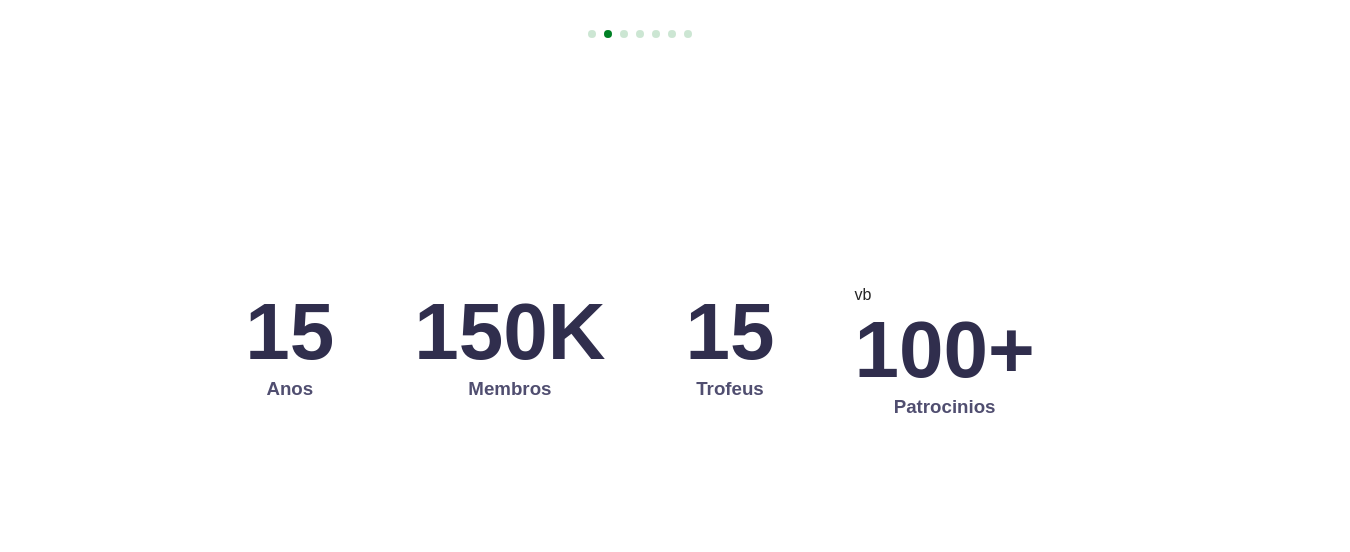
Repository: Lorsuz/gresasco
Page: index.html
The author's editor kept a copy of each file at every save. The page is drawn from the files as they stood at one save, then again after the next save.
The browser window is 1280 px wide. The page is 1350 px wide, so the pictures cover 1350 px, including what lies to the right of the window. The pictures show the part of the page from y = 2494 to 3046 px (the page is 4177 px tall before and 4439 px after).
Pictures or frames that could not be fetched are drawn as grey boxes. Some web fonts or font styles are not loaded; a fallback is used. The style sheet was rebuilt from its Sass, Less or Tailwind sources for each picture, by a compiler version that may differ from the author's.

Above is the page before, as saved 2023-11-05 17:46:59.

### index.html
<!DOCTYPE html>
<html lang="en">
	<head>
		<meta charset="UTF-8">
		<meta name="viewport" content="width=device-width, initial-scale=1.0">
		<link rel="shortcut icon" href="/components/assets/images/logo - gresasc.jpg" type="image/x-icon">
		<title>Home</title>
		<link rel="stylesheet" href="/components/css/partials/header.css">
		<link rel="stylesheet" href="/components/css/index.css">
		<link rel="stylesheet" href="/components/css/partials/footer.css">
		<link rel="stylesheet" href="https://cdnjs.cloudflare.com/ajax/libs/font-awesome/6.4.2/css/all.min.css" integrity="sha512-z3gLpd7yknf1YoNbCzqRKc4qyor8gaKU1qmn+CShxbuBusANI9QpRohGBreCFkKxLhei6S9CQXFEbbKuqLg0DA==" crossorigin="anonymous" referrerpolicy="no-referrer" />
		<link rel="stylesheet" href="https://cdn.jsdelivr.net/npm/swiper@11/swiper-bundle.min.css" />
		<link rel="stylesheet" href="https://cdn.jsdelivr.net/npm/bootstrap-icons@1.11.1/font/bootstrap-icons.css">
	</head>
	<body>
		<header class="wrapper">
			<article class="nav-bar wrapper__container">
				<section class="logo">
					<img src="/components/assets/images/logo - gresasc.jpg" alt="">
				</section>
				<nav>
					<ul>
						<li><a href="#">Página Inicial</a></li>
						<li><a href="#">A Escola</a></li>
						<li><a href="#">Nossa Historia</a></li>
						<li><a href="#">Socio Torcedor</a></li>
						<li><a href="#">Créditos</a></li>
					</ul>
				</nav>
			</article>
		</header>
		<main class="">
			<section class="cover wrapper">
				<div class="wrapper__container">
					<div class="left">
						<div class="container">
							<h2>Grêmio Recreativo Escola de Samba</h2>
							<h1>Acadêmicos de Santa Cruz</h1>
							<p>Bem-vindos! Aqui o samba é vida, a cultura é paixão e a alegria é eterna. No coração de Santa Cruz,
								encontre a felicidade em cada batida de tambor. Feliz da vida é quem tem a Santa Cruz no coração.</p>
							<a href="/components/pages/not-found.html">Ir para Loja</a>
						</div>
					</div>
					<div class="right">
						<div class="img">
							<img src="/components/assets/images/logo - gresasc.jpg" alt="">
						</div>
						<ul class="social-links">
							<li>
								<a href="">
									<i class="fa-brands fa-instagram"></i>
								</a>
							</li>
							<li>
								<a href="">
									<i class="fa-brands fa-facebook"></i>
								</a>
							</li>
							<li>
								<a href="">
									<i class="fa-brands fa-youtube"></i>
								</a>
							</li>
							<li>
								<a href="">
									<i class="fa-brands fa-x-twitter"></i>
								</a>
							</li>
						</ul>
					</div>
				</div>
			</section>
			<article class="nav-info">
				<section class="contact">
					<div>
						<i class="fa-solid fa-phone"></i>
						<span>+55 (43) 9 3421-7348</span>
					</div>
					<div>
						<i class="fa-solid fa-envelope"></i>
						<span>gresasc@academicos.com</span>
					</div>
				</section>
				<p>Siga-nos e consiga a chance de ganhar 80% de desconto</p>
				<section class="social-network">
					<span>Redes Sociais:</span>
					<div>
						<a href=""><i class="fa-brands fa-twitter"></i></a>
						<a href=""><i class="fa-brands fa-instagram"></i></a>
						<a href=""><i class="fa-brands fa-youtube"></i></a>
						<a href=""><i class="fa-brands fa-facebook"></i></a>
					</div>
				</section>
			</article>
			<section class="banner">
				<div class="slides">
				</div>
				<div class="prev"></div>
				<div class="next"></div>
				<div class="pagination"></div>
				<div class="img"><img src="https://placehold.co/1350x700" alt=""></div>
			</section>
			<section class="plot wrapper">
				<div class="description">
					<h2>Enredo 2024</h2>
					<h1>As bruxas estão soltas!</h1>
					<p>O enredo "As Bruxas Estão Soltas!" celebra o poder feminino, explorando a manifestação das energias
						ancestrais através da Deusa Terra e dos quatro elementos da criação.
					</p>
					<p> A narrativa aborda a conexão entre passado e presente, destacando as mulheres que, ao longo da
						história,
						detinham conhecimentos medicinais e
						espirituais, mas foram perseguidas sob a acusação de bruxaria.
					</p>
					<p>O enredo também aborda a resistência dessas
						mulheres e sua contínua luta contra o machismo e a intolerância, honrando a força do sagrado feminino e
						a
						capacidade de voar além dos limites impostos, como estrelas brilhantes no céu.</p>
					<span>Iae, gostou? Para ter acesso a nossa sinopse completa basta baixar o PDF a baixo:</span>
					<button class="custom-button">Baixar Sinopse</button>
				</div>
				<div class="disc-cover">
					<img src="/components/assets/images/Plot/plot-2024.jpeg" alt="Logo Enredo-2024">
					<div class="icons">
						<button id="play-song">
							<i class="bi bi-play"></i>
						</button>
						<button id="pause-song">
							<i class="bi bi-pause"></i>
						</button>
					</div>
				</div>
			</section>
			<section class="sponsors">
				<h1>Patrocinadores e Apoiadores</h1>
				<div class="swiper">
					<div class="swiper-wrapper"></div>
					<div class="swiper-pagination"></div>
				</div>
			</section>
			<section class="details">
				<ul>
					<li>
						<h2>15</h2>
						<h3>Anos</h3>
					</li>
					<li>
						<h2>150K</h2>
						<h3>Membros</h3>
					</li>
					<li>
						<h2>15</h2>
						<h3>Trofeus</h3>
					</li>
					<li>vb
						<h2>100+</h2>
						<h3>Patrocinios</h3>
					</li>
				</ul>
			</section>
			<section class="map">
				<iframe src="https://www.google.com/maps/embed?pb=!1m18!1m12!1m3!1d3674.902216920123!2d-43.69324992558163!3d-22.916977238233624!2m3!1f0!2f0!3f0!3m2!1i1024!2i768!4f13.1!3m3!1m2!1s0x9bf7524c69eb5b%3A0xc5d324fb7fbbd336!2sR.%20do%20Imp%C3%A9rio%2C%20573%20-%20Santa%20Cruz%2C%20Rio%20de%20Janeiro%20-%20RJ%2C%2023555-024!5e0!3m2!1spt-BR!2sbr!4v1698871972883!5m2!1spt-BR!2sbr" width="600" height="450" style="border:0;" allowfullscreen="" loading="lazy" referrerpolicy="no-referrer-when-downgrade"></iframe>
			</section>
		</main>
		<footer>
			<h1>Grêmio Recreativo Escola de Samba Acadêmicos de Santa Cruz</h1>
			<p>Obrigado por nos visitar, esperamos ter lhe proporcionado uma experiencia incrivel</p>
			<section class="container wrapper">
				<article class="structure">
					<h2>O Site</h2>
					<ul>
						<li><a href="#">Página Inicial</a>
							<ul>
								<li><a href="">Capa</a></li>
								<li><a href="">Notícias</a></li>
								<li><a href="">Enredo</a></li>
								<li><a href="">Status</a></li>
								<li><a href="">Apoiadores</a></li>
								<li><a href="">Localização</a></li>
								<li><a href="">Contato</a></li>
							</ul>
						</li>
						<li><a href="#">A Escola</a>
							<ul>
								<li><a href="">Diretoria</a></li>
								<li><a href="">O Parvilhão</a></li>
								<li><a href="">A Torcida</a></li>
								<li><a href="">Desfile Conosco</a></li>
							</ul>
						</li>
						<li><a href="#">Nossa Historia</a>
							<ul>
								<li><a href="">A Fundação</a></li>
								<li><a href="">Colocações</a></li>
								<li><a href="">Presidentes</a></li>
								<li><a href="">Premiações</a></li>
							</ul>

						</li>
						<li><a href="#">Créditos</a>
							<ul>
								<li><a href="">Fotografias</a></li>
								<li><a href="">Dados de Desfiles</a></li>
								<li><a href="">Dev Team</a></li>
								<li><a href="">Termos de Uso</a></li>
								<li><a href="">Política de Privacidade</a></li>
							</ul>
						</li>
				</article>
				<article class="dev">
					<h2>Desenvolvido e realizado por:</h2>
					<div class="img"><img src="/components/assets/images/Logo/webpulse sem bg.png" alt="Logo do Desenvolvedor"></div>
					<h2>Cordenação:</h2>
					<img src="https://placehold.co/250x150" alt="Logo da Cordenação">
				</article>
				<article class="address">
					<img src="/components/assets/images/Logo/santa-cruz-logo-removebg-preview.png" alt="Logo da escola">
					<h2>QUADRA ACADÊMICOS</h2>
					<address>Rua do Império, nº 573; Santa Cruz, Rio de Janeiro - RJ; CEP 44.353-353</address>
				</article>
			</section>
		</footer>
		<script type="module" src="/components/js/index.js" deffer></script>
		<script src="https://cdn.jsdelivr.net/npm/swiper@11/swiper-bundle.min.js" deffer></script>
	</body>
</html>

### components/js/index.js
import './APIs/Sponsors.js';

### components/js/APIs/Sponsors.js
import sponsors from '../functions/Swiper.js';

const container = document.querySelector( '.sponsors .swiper-wrapper' );

fetch( "components/json/data.json" ).then( ( response ) => {
	response.json().then( ( data ) => {
		data.sponsors.map( ( obj ) => {
			container.innerHTML +=
				`
				<div class="swiper-slide">
				<img
					src="${ obj.image }"
					alt="${ obj.alt }">
				</div>
				`;
		} );
		sponsors();
	} );
} );

### components/js/functions/Swiper.js
import SwiperConfigSponsors from "../classes/SwiperConfigSponsors.js";

function sponsors() {
	return new Swiper('.sponsors .swiper', SwiperConfigSponsors);
}

export default sponsors

### components/js/classes/SwiperConfigSponsors.js
const SwiperConfigSponsors = {
	direction: 'horizontal',
	loop: true,
	slidesPerView: 1,
	grabCursor: true,
	autoplay: {
		delay: 2500,
		disableOnInteraction: false,
	},
	pagination: {
		el: '.swiper-pagination',
		clickable: true,
	},
	navigation: {
		nextEl: '.swiper-button-next',
		prevEl: '.swiper-button-prev',
	},
	scrollbar: {
		el: '.swiper-scrollbar',
	},
	mousewheel: {
		forceToAxis: true,
	},
	breakpoints: {
		740: {
			slidesPerView: 2,
		},
		1024: {
			slidesPerView: 3,
		},
	},
};

export default SwiperConfigSponsors;

### components/json/data.json
{
	"sponsors": [
		{
			"image": "https://upload.wikimedia.org/wikipedia/commons/thumb/c/ce/Coca-Cola_logo.svg/2560px-Coca-Cola_logo.svg.png",
			"alt": ""
		},
		{
			"image": "https://upload.wikimedia.org/wikipedia/commons/thumb/e/e9/Pepsi_logo_2008.svg/2560px-Pepsi_logo_2008.svg.png",
			"alt": ""
		},
		{
			"image": "https://1000logos.net/wp-content/uploads/2017/03/McDonalds-Logo-1953.png",
			"alt": ""
		},
		{
			"image": "https://responseservices.net/public/uploads/employer/JOBPORTAL-1639545744.png",
			"alt": ""
		},
		{
			"image": "https://seeklogo.com/images/C/Corinthians_Bras_and__227_o-logo-E92E44B595-seeklogo.com.png",
			"alt": ""
		},
		{
			"image": "https://upload.wikimedia.org/wikipedia/commons/thumb/6/6f/Brasao_do_Sao_Paulo_Futebol_Clube.svg/2054px-Brasao_do_Sao_Paulo_Futebol_Clube.svg.png",
			"alt": ""
		},
		{
			"image": "/components/assets/images/Sponsors/La-Dame-Femme.png",
			"alt": ""
		}
	]
}

### components/sass/partials/header.scss
@import url("./global.css");

header {
	* {
		color: rgb(218, 218, 218);
	}

	.nav-bar {
		display: flex;
		justify-content: space-between;
		align-items: center;

		section {
			height: 70px;

			&.logo {
				display: flex;
				align-items: center;
				justify-content: center;

				img {
					width: 60px;
					margin-right: 15px;
				}

				span {
					font-size: 2rem;
					color: var(--color-text-soft);
					font-weight: bold;
				}
			}

		}

		nav {
			display: flex;

			ul {
				display: flex;

				li {
					margin: 0 20px;

					a {
						color: var(--color-text-soft);
						font-weight: bold;
						position: relative;

						&::after {
							content: "";
							width: 0%;
							position: absolute;
							height: 3px;
							background: var(--color-primary-soft);
							top: 100%;
							left: 0;
							transition: 300ms ease-in-out;
							transform-origin: right;
						}

						&:hover::after {
							width: 100%;
						}
					}
				}
			}

		}
	}
}

### components/sass/index.scss
@import url("./partials/global.css");

main {

	.cover {
		height: 85vh;

		> div {
			align-items: center;
			display: flex;
			justify-content: space-between;

			> div {

				&.left {
					width: 50%;

					.container {
						h2 {
							color: var(--color-primary-soft);
							font-family: wedding;
							font-size: 2.5rem;
						}

						h1 {
							color: var(--color-primary-soft);
							font-family: wedding;
							font-size: 3.9rem;
							margin-bottom: 20px;
						}

						p {
							color: var(--color-text-soft);
							font-size: 1.1rem;
							margin-bottom: 50px;
						}

						a {
							background: var(--color-primary-soft);
							border-radius: 10px 0;
							color: var(--color-white);
							display: inline-block;
							font-weight: bold;
							padding: 10px 50px;

							&:hover {
								background: var(--color-primary);
								border-radius: 0px 10px;
							}
						}
					}
				}

				&.right {
					width: 40%;

					.img {
						align-items: center;
						display: flex;
						justify-content: center;
						margin-bottom: 0px;

						img {
							width: 450px;
						}
					}

					.social-links {
						display: flex;
						justify-content: center;

						li {
							margin: 0 10px;
							position: relative;
							top: 0;

							a {
								i {
									font-size: 2.4rem;
									color: var(--color-text-soft);

								}
							}

							&:hover {
								top: -5px;

								a {
									i {
										color: var(--color-primary-soft);

									}


								}
							}

						}
					}
				}
			}
		}
	}

	.nav-info {
		background: var(--color-primary);
		display: flex;
		justify-content: space-between;
		align-items: center;
		height: 40px;
		padding: 0 2%;
		grid-column: 1 / 13;

		* {

			color: #fff;
		}


		> p {
			cursor: pointer;
			font-size: 0.8rem;


			&:hover {
				color: white;
			}
		}

		section {
			display: flex;

			&.contact {
				div {
					display: flex;
					align-items: center;
					margin-right: 30px;
					cursor: pointer;

					i {
						margin-right: 5px;
					}

					span {
						font-size: 0.8rem;
					}

					&:hover {

						i,
						span {
							color: white;

						}
					}
				}
			}

			&.social-network {
				display: flex;
				align-items: center;
				justify-content: center;

				span {
					margin-right: 15px;
					font-size: 0.8rem;

				}

				a {
					margin: 0 3px;

					i {
						font-size: 1.2rem;
					}

					&:hover {
						i {
							color: white;
							cursor: pointer;

						}
					}
				}
			}
		}
	}

	.plot {
		align-items: center;
		min-height: 100vh ;


		.description {
			grid-column: 2/7;

			h2 {
				font-size: 2rem;
				color: var(--color-primary);
			}

			h1 {
				margin-bottom: 20px;
				font-size: 2.5rem;
				color: var(--color-text);
			}

			p {
				color: var(--color-text-soft);
				text-align: justify;
				margin-bottom: 10px;
			}

			span {
				margin-top: 30px;
				margin-bottom: 20px;
				display: block;
				color: var(--color-text);
			}

			button {
				display: block;
			}
		}

		.disc-cover {
			grid-column: 8/13;
			display: flex;
			justify-content: center;
			align-items: center;
			position: relative;
			width: 500px;
			box-shadow: -10px -10px 10px 0 #fff, 10px 10px 10px 0 rgba(0, 0, 0, 0.600);
			height: 400px;
			overflow: hidden;
			border-radius: 6px;


			img {
				display: flex;
				justify-content: center;
				align-items: center;
				width: 100%;
				height: 100%;
				object-fit: cover;
			}

			.icons {
				align-items: center;
				background: rgba(0, 0, 0, 0.6);
				border-radius: 6px;
				display: flex;
				height: 100%;
				justify-content: center;
				left: 0;
				opacity: 0;
				position: absolute;
				top: 0;
				transition: 300ms;
				width: 100%;


				button {
					align-items: center;
					border-radius: 50%;
					border: 3px solid transparent;
					cursor: pointer;
					display: flex;
					height: 80px;
					justify-content: center;
					transition: 300ms;
					width: 80px;
					background: #000;


					i {
						color: white;
						font-size: 4rem;
					}

					&#play-song {
						padding-left: 8px;
					}

					&#pause-song {
						display: none;
					}

					&:hover {
						border: 3px solid white;
					}
				}
			}


			&:hover .icons {
				opacity: 1;
			}


		}

	}

	.sponsors {
		padding: 50px 0;
		height: 500px;

		h1 {
			font-size: 2rem;
			text-align: center;
			text-transform: uppercase;
			font-family: Poppins, sans-serif;
			color: var(--color-text);

		}

		.swiper {
			.swiper-wrapper {
				height: 300px;

				.swiper-slide {
					display: flex;
					align-items: center;
					justify-content: center;
					overflow: hidden;
					border-radius: 5px;

					img {
						width: 350px;
						height: 200px;
						object-fit: scale-down;
					}
				}
			}

			.swiper-button-prev {}

			.swiper-button-next {}

			.swiper-pagination {
				.swiper-pagination-bullet {
					background: var(--color-primary);
				}
			}

			.scrollbar {}

		}
	}
	.details{
		display: flex;
		justify-content: center;
		align-items: center;
		min-height: 400px;
		ul{
			display: flex;
			li{
				padding: 40px;
				h2{
					font-size: 5rem;
					color: var(--color-text);
					text-align: center;
				}
				h3{
					color: var(--color-text-soft);
					text-align: center;

				}
			}
		}
	}
	.map{
		iframe{
			width: 100%;
			height: 500px;
		}
	}
}

### components/sass/partials/footer.scss
@import url('./global.css');

footer {
	background: #000;
	padding: 70px 20px;

	* {
		color: #fff;
	}

	h1 {
		text-align: center;
		margin-bottom: 20px;
	}
	>p{
		text-align: center;
		margin-bottom: 50px;
		color: var(--color-gray);
	}

	.container {
		grid-template-columns: repeat(3, 1fr);
		gap: 20px;


		article {
			display: flex;
			flex-direction: column;
			align-items: center;

			h2 {
				font-size: 1.3rem;
				margin-bottom: 10px;
			}

			img {
				width: 250px;
			}

			&.structure {
				grid-column: 1fr;

				> ul {
					display: grid;
					grid-template-columns: 1fr 1fr;
					justify-content: center;
					gap: 20px;

					> li {
						display: inline-block;
						grid-column: 1fr;

						> a {
							color: var(--color-primary-soft);
							font-size: 1rem;
							display: block;
							margin-bottom: 10px;
							font-weight: bold;

							&:hover {
								color: var(--color-primary);
								text-decoration: underline;

							}
						}

						> ul {
							> li {
								padding-left: 10px;

								> a {
									color: var(--color-gray);
									font-size: 0.9rem;
									margin-bottom: 5px;
									display: block;

									&:hover {
										color: var(--color-white);
										text-decoration: underline;
									}
								}
							}
						}
					}
				}
			}

			&.dev {
				grid-column: 1fr;

				.img {
					overflow: hidden;
					display: flex;
					align-items: center;
					justify-content: center;
					width: 305px;
					height: 100px;
					position: relative;
					margin-bottom: 25px;



					img {
						width: 500px;
						position: absolute;
						// clip-path: polygon(19% 30%, 81% 30%, 81% 70%, 19% 70%);
					}
				}

			}

			&.address {
				grid-column: 1fr;

				img {
					border-radius: 50%;
					margin-bottom: 25px;
					background: #fff;
					width: 150px;
				}

				address {
					text-align: center;
					width: 80%;
					line-height: 25px;
		color: var(--color-gray);

				}

			}
		}
	}
}

### components/sass/partials/global.scss
@import url("https://fonts.googleapis.com/css2?family=Clicker+Script&display=swap");
@import url('https://fonts.googleapis.com/css2?family=Poppins:ital,wght@0,100;0,200;0,300;0,400;0,500;0,600;0,700;0,800;0,900;1,100;1,200;1,300;1,400;1,500;1,600;1,700;1,800;1,900&display=swap');

@font-face {
	font-family: wedding;
	src: url("/components/assets/fonts/Wedding\ Text\ Std\ Regular.otf");
}

@font-face {
	font-family: Poppins;
	src: url("https://fonts.googleapis.com/css2?family=Poppins:ital,wght@0,100;0,200;0,300;0,400;0,500;0,600;0,700;0,800;0,900;1,100;1,200;1,300;1,400;1,500;1,600;1,700;1,800;1,900&display=swap");
}

// @import "./animations/@keyframes.css";

:root {

	--color-primary: #008025;
	--color-black: #000000;
	--color-white: #ffffff;
	--color-gray: #a0a0a0;
	--color-text: #302e4d;

	--color-primary-soft: #1a9d40;
	--color-black-soft: #252525;
	--color-white-soft: #f2f2fc;
	--color-gray-soft: #e8dfec;
	--color-text-soft: #504e70;
}

button {
	cursor: pointer;

	* {
		cursor: pointer;
	}

	i {
		color: var(--color-primary);
		font-size: 25px;
		transition: transform 500ms ease-in-out;
	}
}

* {
	margin: 0;
	padding: 0;
	outline: none;
	border: none;
	text-decoration: none;
	box-sizing: border-box;
	list-style: none;
	font-family: "Poppins", sans-serif;
	font-family: Arial, Helvetica, sans-serif;
	transition: 300ms ease-in-out;
	// outline: 1px dotted var(--color-black-soft);
	color: var(--color-black-soft);
background: transparent;
}
body {
	width: 100vw;
	overflow-x: hidden;

	&::-webkit-scrollbar {
		width: 5px;
	}

	&::-webkit-scrollbar-track {
		background: var(--background-middle);
	}

	&::-webkit-scrollbar-thumb {
		background: var(--color-primary);
		border-radius: 10px;
	}
}

main {
	min-height: 100vh;


}

.wrapper {
	display: grid;
	grid-template-columns: repeat(12, 1fr);

	.wrapper__container {
		grid-column: 2 / 12;
	}
}

.custom-button {
	display: inline-block;
	padding: 10px 50px;
	background: var(--color-primary-soft);
	color: var(--color-white);
	font-weight: bold;
	border-radius: 10px 0;
	font-size: 1.1rem;

	&:hover {
		background: var(--color-primary);
		border-radius: 0px 10px;
	}
}

After the next save:
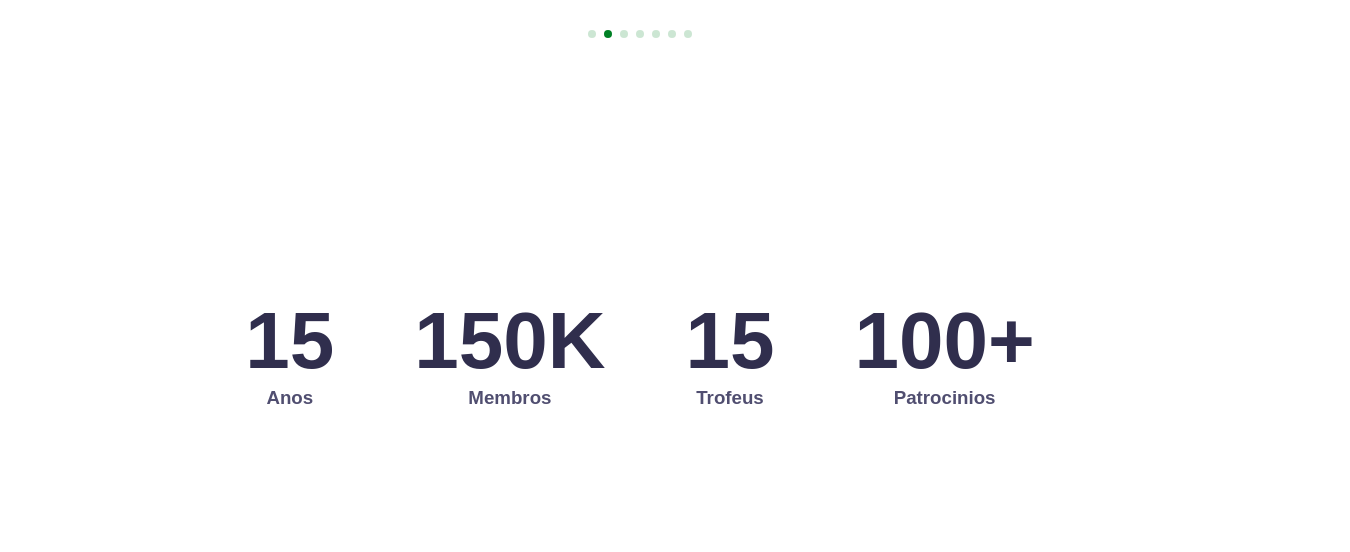
Saved 26 min 1 s later.
--- a/index.html
+++ b/index.html
@@ -152,11 +152,45 @@
 						<h2>15</h2>
 						<h3>Trofeus</h3>
 					</li>
-					<li>vb
+					<li>
 						<h2>100+</h2>
 						<h3>Patrocinios</h3>
 					</li>
 				</ul>
+			</section>
+			<section class="contact">
+				<div class="text">
+					<h3>Formulario de conta</h3>
+					<h2>Formulario d e</h2>
+					<p></p>
+					<ul class="info">
+						<li><i class=""></i><span></span> +55 (43) 9 2573-7455</li>
+						<li><i class=""></i><span></span> academicos@gmail.com</li>
+						<li><i class=""></i><address></address></li>
+					</ul>
+					<div class="terms"></div>
+				</div>
+				<div class="form">
+					< <form action="">
+						<div>
+							<label for=""></label>
+							<input type="text" name="" id="" placeholder="">
+						</div>
+						<div>
+							<label for=""></label>
+							<input type="text" name="" id="" placeholder="">
+						</div>
+						<div>
+							<label for=""></label>
+							<input type="text" name="" id="" placeholder="">
+						</div>
+						<div>
+							<label for=""></label>
+							<textarea name="" id="" cols="30" rows="10"></textarea>
+						</div>
+						<button type="submit"></button>
+						</form>
+				</div>
 			</section>
 			<section class="map">
 				<iframe src="https://www.google.com/maps/embed?pb=!1m18!1m12!1m3!1d3674.902216920123!2d-43.69324992558163!3d-22.916977238233624!2m3!1f0!2f0!3f0!3m2!1i1024!2i768!4f13.1!3m3!1m2!1s0x9bf7524c69eb5b%3A0xc5d324fb7fbbd336!2sR.%20do%20Imp%C3%A9rio%2C%20573%20-%20Santa%20Cruz%2C%20Rio%20de%20Janeiro%20-%20RJ%2C%2023555-024!5e0!3m2!1spt-BR!2sbr!4v1698871972883!5m2!1spt-BR!2sbr" width="600" height="450" style="border:0;" allowfullscreen="" loading="lazy" referrerpolicy="no-referrer-when-downgrade"></iframe>
@@ -164,7 +198,6 @@
 		</main>
 		<footer>
 			<h1>Grêmio Recreativo Escola de Samba Acadêmicos de Santa Cruz</h1>
-			<p>Obrigado por nos visitar, esperamos ter lhe proporcionado uma experiencia incrivel</p>
 			<section class="container wrapper">
 				<article class="structure">
 					<h2>O Site</h2>
@@ -195,7 +228,6 @@
 								<li><a href="">Presidentes</a></li>
 								<li><a href="">Premiações</a></li>
 							</ul>
-
 						</li>
 						<li><a href="#">Créditos</a>
 							<ul>
